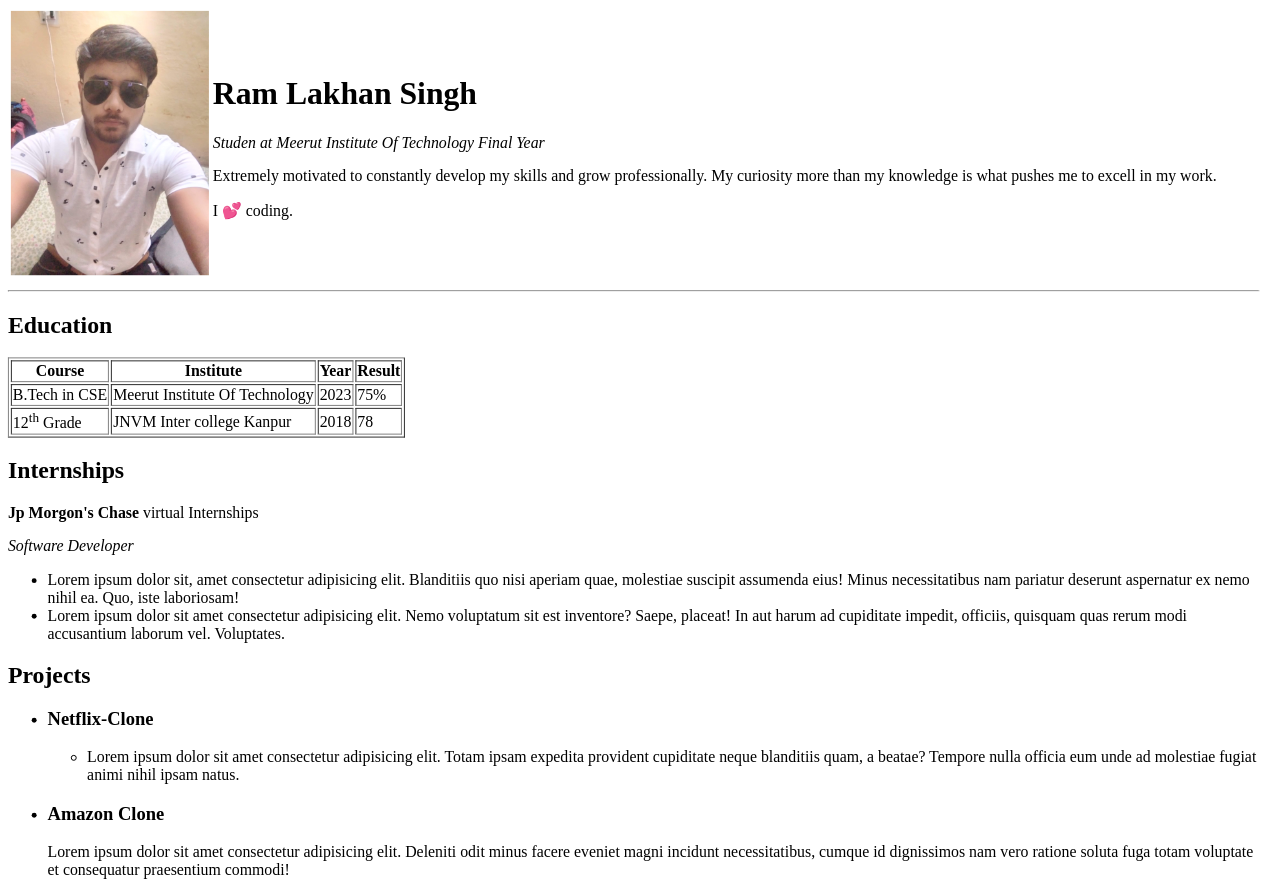
Repository: ramlakhan1/resume1
Page: resume.html
These files come from the project's save history. The page is drawn as it stood at one moment and after a run of saves; the edit follows.
The browser window is 1280 px wide. The pictures show the whole page, at 99% of full size.

Above is the page before, as saved 2022-11-05 14:33:20.

After the next 2 saves:
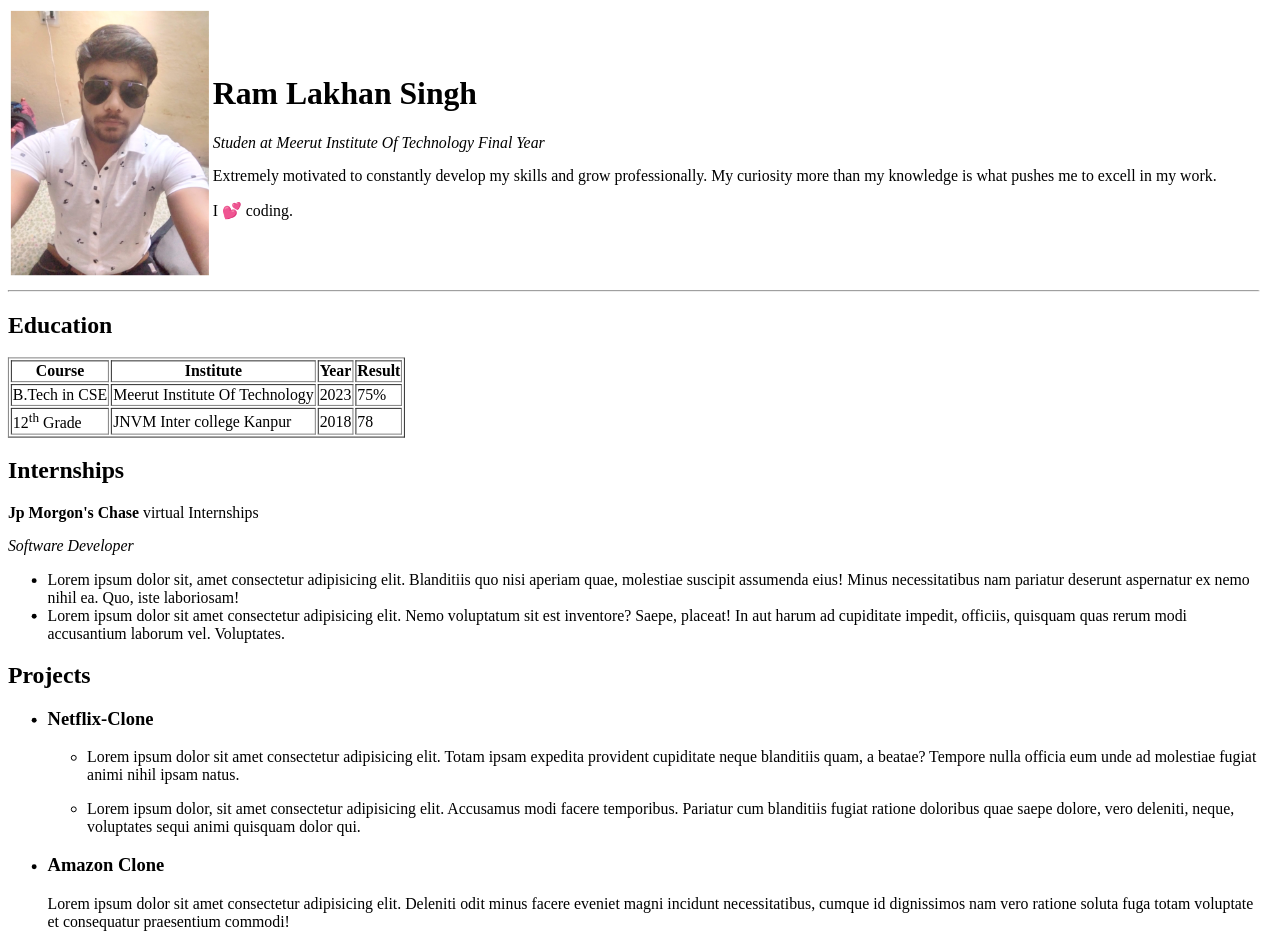
The 2 saves are shown as one change because they came seconds apart.
The last was saved 10 s later.
--- a/resume.html
+++ b/resume.html
@@ -60,6 +60,9 @@
                     <li>
                 <p>Lorem ipsum dolor sit amet consectetur adipisicing elit. Totam ipsam expedita provident cupiditate neque blanditiis quam, a beatae? Tempore nulla officia eum unde ad molestiae fugiat animi nihil ipsam natus.</p>
             </li>
+            <li>
+                Lorem ipsum dolor, sit amet consectetur adipisicing elit. Accusamus modi facere temporibus. Pariatur cum blanditiis fugiat ratione doloribus quae saepe dolore, vero deleniti, neque, voluptates sequi animi quisquam dolor qui.
+            </li>
             </ul>
             </li>
             <li>
